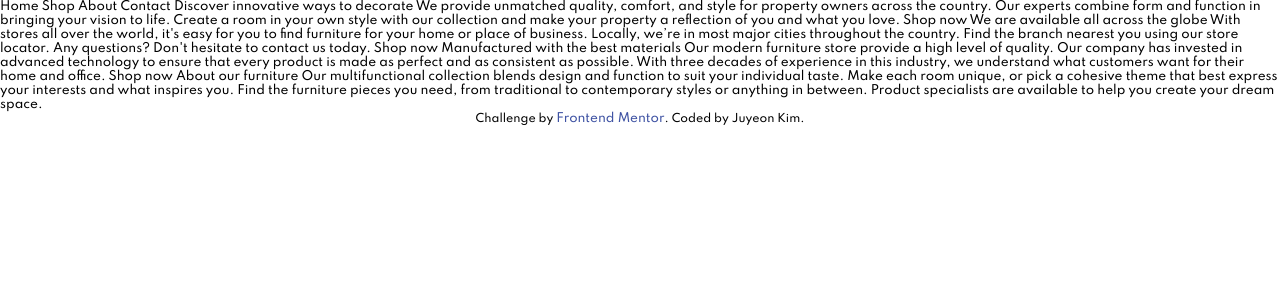
Repository: Jay-JYKim91/room-homepage-master
Page: index.html
The author's editor kept a copy of each file at every save. The page is drawn from the files as they stood at one save, then again after the next save.
The browser window is 1280 px wide. The pictures show the whole page.

Above is the page before, as saved 2021-07-11 21:39:06.

After the next save:
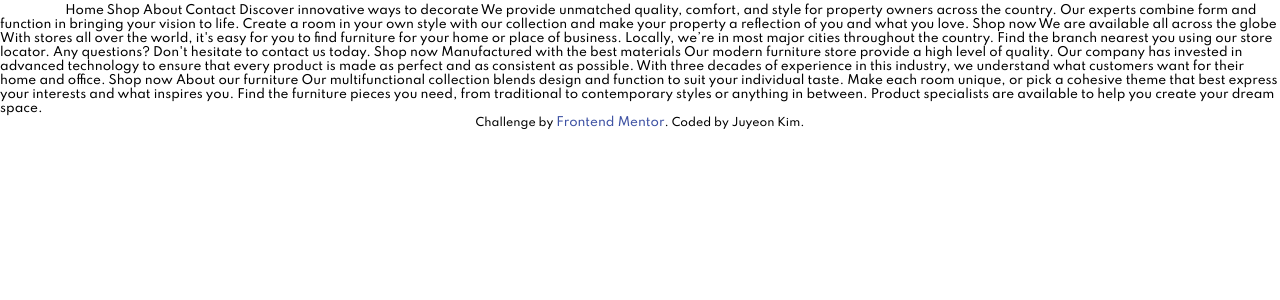
Saved 51 s later.
--- a/index.html
+++ b/index.html
@@ -12,6 +12,7 @@
 
 </head>
 <body>
+  <img src="./images/logo.svg" alt="logo">
   Home
   Shop
   About
